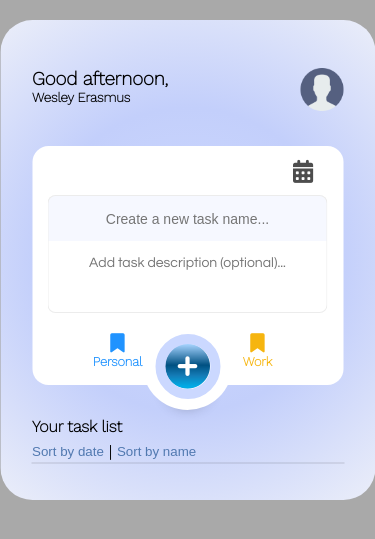
Repository: WesleyErasmus/Todo-App
Page: todoApp.html
The author's editor kept a copy of each file at every save. The page is drawn from the files as they stood at one save, then again after the next save.
The browser window is 375 px wide. The pictures show the whole page.
Some web libraries are served in a nearby version.

Above is the page before, as saved 2022-06-25 11:53:14.

After the next save:
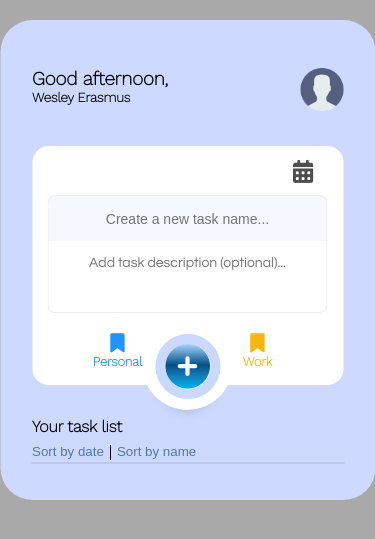
Saved 6 s later.
--- a/source/css/todoApp.css
+++ b/source/css/todoApp.css
@@ -690,7 +690,7 @@ Task title, Task description, Show description button */
   }
 
   main {
-    background-color: none;
+    background-image: none;
     border-radius: none;
     padding: 2rem 2rem 0.5rem 2rem;
     flex: 1 1 0%;
